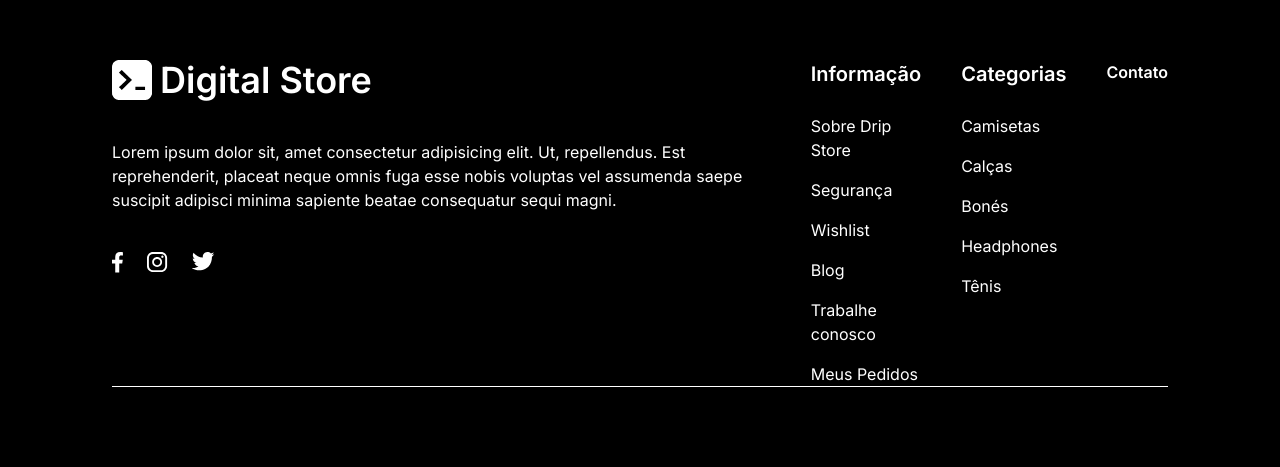
Repository: geracao-09/digital-store
Page: index.html
The author's editor kept a copy of each file at every save. The page is drawn from the files as they stood at one save, then again after a run of saves.
The browser window is 1280 px wide. The pictures show the part of the page from y = 3410 to 3877 px (the page is 3877 px tall).
A picture or video elsewhere on the page could not be fetched, so the positions and the page height are approximate.

Above is the page before, as saved 2025-04-25 08:57:34.

### index.html
<!DOCTYPE html>
<html lang="pt-br">
<head>
    <meta charset="UTF-8">
    <meta name="viewport" content="width=device-width, initial-scale=1.0">
    <title>Digital Store</title>
    <link href="./style.css" rel="stylesheet">
    <script src="https://cdn.jsdelivr.net/npm/@tailwindcss/browser@4"></script>
    <link rel="shortcut icon" href="/assets/digital-logo.svg" type="image/x-icon">
</head>
<body>
<header class="flex flex-col gap-12 px-[108px] py-[38px]">
    <div class="flex items-center justify-between">
        <div class="flex gap-1">
            <img src="/assets/digital-logo.svg" alt="Logo da Digital Store">
            <h1 class="text-4xl text-(--primary-color) font-semibold">Digital Store</h1>
        </div>
        <input type="text" placeholder="Pesquisar produto..." class="bg-(--light-gray-3) py-2 px-3 rounded-lg ml-40 mr-14 bg-[url(/assets/icons/search.svg)] bg-no-repeat bg-right focus:placeholder-transparent w-[560px]" />
        <div>
            <a href="#" class="bg-(--primary-color) text-white rounded-lg px-7 py-3 font-bold text-sm">
                Entrar
            </a>
        </div>
        <div class="relative">
            <img src="/assets/icons/cart.svg" alt="Imagem de um carrinho de compras">
            <div class="flex justify-center items-center absolute bg-(--tertiary-color) text-white font-bold text-xs rounded-full w-[18px] h-[18px] bottom-[15px] left-3">
                2
            </div>
        </div>
    </div>
    </div>
    <nav class="pl-32">
        <ul class="flex gap-6 text-(--dark-gray-2)">
            <li class="hover:text-(--primary-color) hover:font-bold">
                <a href="#">
                Home
            </a>
        </li>
            <li class="hover:text-(--primary-color) hover:font-bold">
                <a href="#">
                Produtos
            </a>
        </li>
            <li class="hover:text-(--primary-color) hover:font-bold">
                <a href="#">
                Categorias
            </a>
        </li>
            <li class="hover:text-(--primary-color) hover:font-bold">
                <a href="#">
                Meus Pedidos
            </a>
        </li>
        </ul>
    </nav>
</header>
<main>
    <section class="flex px-[108px] bg-(--light-gray-3) py-[78px] h-[680px] relative">
        <div class="flex flex-col gap-5 w-[466px]">
            <p class="text-(--warning-color) font-bold">
                Melhores ofertas personalizadas
            </p>
            <h2 class="font-extrabold text-6xl">
                Queima de estoque Nike 🔥
            </h2>
            <p class="text-(--dark-gray-2) text-lg">
                Consequat culpa exercitation mollit nisi excepteur do do tempor laboris eiusmod irure consectetur.
            </p>
            <a href="#" class="flex items-center justify-center bg-(--primary-color) text-(--light-gray-3) font-bold w-[220px] h-[48px] rounded-lg">
                Ver Ofertas
            </a>
        </div>
        <img src="/assets/pictures/white-sneakers.svg" alt="Foto de um tenis branco" class="absolute right-28 bottom-8"/>
        <img src="/assets/ornaments/ornament.svg" alt="Firula do site - by wendell" class="absolute top-12 right-8">
    </section>
    <section class="flex flex-col gap-15 px-[108px] py-[42px]">
        <div class="flex flex-col gap-10">
            <h4 class="text-(--dark-gray-2) font-bold text-2xl">
                Coleções em destaque
            </h4>
            <ul class="grid grid-cols-3 gap-3.5 h-68">
                <li  class="flex bg-[#D8E3F2] pl-8 pt-8 rounded-md relative bg-[url(/assets/pictures/star-wars-shirt-pic.svg)] bg-no-repeat bg-bottom-right">
                    <div class="w-1/2 z-10">
                    <p class="bg-[#E7FF86] rounded-4xl font-bold text-(--dark-gray-2) w-[96px] text-center py-1.5 text-sm">
                        30% OFF
                    </p>
                    <h5 class="font-bold text-(--dark-gray) text-4xl mt-2.5 mb-8">
                        Novo drop Supreme
                    </h5>
                    <a href="#" class="text-(--primary-color) bg-white rounded-xl font-bold px-12 py-4.5">
                        Comprar
                    </a>
                </div>
                </li>
                <li  class="flex bg-[#D8E3F2] pl-8 pt-8 rounded-md relative bg-[url(/assets/pictures/sneaks-pic.svg)] bg-no-repeat bg-bottom-right">
                    <div class="w-1/2 z-10">
                    <p class="bg-[#E7FF86] rounded-4xl font-bold text-(--dark-gray-2) w-[96px] text-center py-1.5 text-sm">
                        30% OFF
                    </p>
                    <h5 class="font-bold text-(--dark-gray) text-4xl mt-2.5 mb-8">
                        Coleção Adidas
                    </h5>
                    <a href="#" class="text-(--primary-color) bg-white rounded-xl font-bold px-12 py-4.5">
                        Comprar
                    </a>
                </div>
                </li>
                <li  class="flex bg-[#D8E3F2] pl-8 pt-8 rounded-md relative bg-[url(/assets/pictures/headphone-pic.svg)] bg-no-repeat bg-bottom-right">
                    <div class="w-1/2 z-10">
                    <p class="bg-[#E7FF86] rounded-4xl font-bold text-(--dark-gray-2) w-[96px] text-center py-1.5 text-sm">
                        30% OFF
                    </p>
                    <h5 class="font-bold text-(--dark-gray) text-4xl mt-2.5 mb-8">
                        Novo<br> Beats Bass
                    </h5>
                    <a href="#" class="text-(--primary-color) bg-white rounded-xl font-bold px-12 py-4.5">
                        Comprar
                    </a>
                </div>
                </li>
            </ul>
        </div>
        <div class="bg-[url(/assets/icons/house-border.svg)] bg-no-repeat bg-center object-contain flex flex-col items-center gap-5 pt-5.5 h-[318px]">
            <h1 class="font-bold text-2xl text-(--dark-gray-2)">
                Coleções em destaque
            </h1>
            <ul class="flex gap-8">
                <li><a href="#">
                    <div class="bg-[url(/assets/icons/t-shirt.svg)] w-[104px] h-[104px] bg-white bg-no-repeat bg-center rounded-full"></div>
                    <p class="font-bold text-sm text-(--dark-gray-2) text-center">Camisetas</p>
                </a></li>
                <li><a href="#">
                    <div class="bg-[url(/assets/icons/pants.svg)] w-[104px] h-[104px] bg-white bg-no-repeat bg-center rounded-full"></div>
                    <p class="font-bold text-sm text-(--dark-gray-2) text-center">Calças</p>
                </a></li>
                <li><a href="#">
                    <div class="bg-[url(/assets/icons/cap.svg)] w-[104px] h-[104px] bg-white bg-no-repeat bg-center rounded-full"></div>
                    <p class="font-bold text-sm text-(--dark-gray-2) text-center">Bonés</p>
                </a></li>
                <li><a href="#">
                    <div class="bg-[url(/assets/icons/headphones.svg)] w-[104px] h-[104px] bg-white bg-no-repeat bg-center rounded-full"></div>
                    <p class="font-bold text-sm text-(--dark-gray-2) text-center">Headphones</p>
                </a></li>
                <li><a href="#">
                    <div class="bg-[url(/assets/icons/sneakers.svg)] w-[104px] h-[104px] bg-white bg-no-repeat bg-center rounded-full"></div>
                    <p class="font-bold text-sm text-(--dark-gray-2) text-center">Tênis</p>
                </a></li>
            </ul>
        </div>
    </section>
    <section class="px-[108px]">
        <div class="flex justify-between mb-5">
            <h4 class="text-(--dark-gray-2) font-bold text-2xl">
                Produtos em  alta
            </h4>
            <div class="flex gap-2 items-center">
                <a href="#" class="text-(--primary-color) text-[18px]">
                    Ver todos
                </a>
                <img src="/assets/ornaments/arrow-right.svg" alt="Flecha apontando pra direita" class="w-[24px]">
            </div>
        </div>
        <ul class="grid grid-cols-4">
            <li class="mb-5">
            <div class="bg-[url(/assets/pictures/sneaks-pic2.svg)] w-[292px] h-[320px] bg-white bg-no-repeat bg-center relative">
                <div class="flex justify-center items-center bg-[#E7FF86] font-bold text-sm h-[32px] w-[96px] rounded-4xl absolute left-5 top-5">50% off</div>
            </div>
                <div>
                    <p class="text-xs text-(--light-gray) font-bold">
                        Tênis
                    </p>
                    <h5 class="text-2xl text-(--dark-gray-2)">
                        K-Swiss V8 - Masculino
                    </h5>
                    <div class="flex gap-2">
                    <h5 class="text-(--light-gray) line-through text-2xl">
                        $200
                    </h5>
                    <h5 class="font-bold text-2xl">
                        $100
                    </h5>
                </div>
            </div>
            </li>
            <li class="mb-5">
            <div class="bg-[url(/assets/pictures/sneaks-pic2.svg)] w-[292px] h-[320px] bg-white bg-no-repeat bg-center relative">
                <div class="flex justify-center items-center bg-[#E7FF86] font-bold text-sm h-[32px] w-[96px] rounded-4xl absolute left-5 top-5">50% off</div>
            </div>
                <div>
                    <p class="text-xs text-(--light-gray) font-bold">
                        Tênis
                    </p>
                    <h5 class="text-2xl text-(--dark-gray-2)">
                        K-Swiss V8 - Masculino
                    </h5>
                    <div class="flex gap-2">
                    <h5 class="text-(--light-gray) line-through text-2xl">
                        $200
                    </h5>
                    <h5 class="font-bold text-2xl">
                        $100
                    </h5>
                </div>
            </div>
            </li>
            <li class="mb-5">
            <div class="bg-[url(/assets/pictures/sneaks-pic2.svg)] w-[292px] h-[320px] bg-white bg-no-repeat bg-center relative">
            </div>
                <div>
                    <p class="text-xs text-(--light-gray) font-bold">
                        Tênis
                    </p>
                    <h5 class="text-2xl text-(--dark-gray-2)">
                        K-Swiss V8 - Masculino
                    </h5>
                    <h5 class="font-bold text-2xl">
                        $100
                    </h5>
            </div>
            </li>
            <li class="mb-5">
            <div class="bg-[url(/assets/pictures/sneaks-pic2.svg)] w-[292px] h-[320px] bg-white bg-no-repeat bg-center relative">
            </div>
                <div>
                    <p class="text-xs text-(--light-gray) font-bold">
                        Tênis
                    </p>
                    <h5 class="text-2xl text-(--dark-gray-2)">
                        K-Swiss V8 - Masculino
                    </h5>
                    <h5 class="font-bold text-2xl">
                        $100
                    </h5>
            </div>
            </li>
            <li class="mb-5">
            <div class="bg-[url(/assets/pictures/sneaks-pic2.svg)] w-[292px] h-[320px] bg-white bg-no-repeat bg-center relative">
            </div>
                <div>
                    <p class="text-xs text-(--light-gray) font-bold">
                        Tênis
                    </p>
                    <h5 class="text-2xl text-(--dark-gray-2)">
                        K-Swiss V8 - Masculino
                    </h5>
                    <h5 class="font-bold text-2xl">
                        $100
                    </h5>
            </div>
            </li>
            <li class="mb-5">
            <div class="bg-[url(/assets/pictures/sneaks-pic2.svg)] w-[292px] h-[320px] bg-white bg-no-repeat bg-center relative">
            </div>
                <div>
                    <p class="text-xs text-(--light-gray) font-bold">
                        Tênis
                    </p>
                    <h5 class="text-2xl text-(--dark-gray-2)">
                        K-Swiss V8 - Masculino
                    </h5>
                    <h5 class="font-bold text-2xl">
                        $100
                    </h5>
            </div>
            </li>
            <li class="mb-5">
            <div class="bg-[url(/assets/pictures/sneaks-pic2.svg)] w-[292px] h-[320px] bg-white bg-no-repeat bg-center relative">
            </div>
                <div>
                    <p class="text-xs text-(--light-gray) font-bold">
                        Tênis
                    </p>
                    <h5 class="text-2xl text-(--dark-gray-2)">
                        K-Swiss V8 - Masculino
                    </h5>
                    <h5 class="font-bold text-2xl">
                        $100
                    </h5>
            </div>
            </li>
            <li class="mb-5">
            <div class="bg-[url(/assets/pictures/sneaks-pic2.svg)] w-[292px] h-[320px] bg-white bg-no-repeat bg-center relative">
            </div>
                <div>
                    <p class="text-xs text-(--light-gray) font-bold">
                        Tênis
                    </p>
                    <h5 class="text-2xl text-(--dark-gray-2)">
                        K-Swiss V8 - Masculino
                    </h5>
                    <h5 class="font-bold text-2xl">
                        $100
                    </h5>
            </div>
            </li>

        </ul>
    </section>
    <section class="flex justify-center items-center bg-white py-20 px-18 gap-28">
        <div>
            <div class="w-[456px] h-[456px] bg-linear-(--secondary-gradient) rounded-full  relative">
                <img src="/assets/pictures/ei-jordao.svg" alt="" class="w-[574px] absolute top-[12%] right-[12%] scale-135">
            </div>
        </div>
        <div class="flex flex-col gap-4 w-[40%]">
            <p class="text-sm text-(--primary-color) font-bold">
                Oferta especial
            </p>
            <h2 class="font-bold text-(--dark-gray-2) text-5xl">
                Air Jordan edição de colecionador
            </h2>
            <p class="text-(--dark-gray-2)">
                Lorem ipsum dolor sit amet, consectetur adipiscing elit, sed do eiusmod tempor incididunt ut labore et dolore magna aliqua. Ut enim ad minim veniam, quis nostrud exercitation ullamco laboris nisi ut aliquip
            </p>
            <a href="#" class="flex items-center justify-center bg-(--primary-color) text-(--light-gray-3) font-bold w-[220px] h-[48px] rounded-lg mt-6">
                Ver Ofertas
            </a>
        </div>
    </section>
</main>
<footer class="bg-black text-white py-20 px-28">
    <div class="flex gap-10">
        <div  class="flex flex-col gap-10 mr-6">
            <div class="flex gap-2">
                <img src="/assets/white-logo.svg" alt="Logo da Digital em branco">
                <h4 class="font-semibold text-4xl">Digital Store</h4>
            </div>
        <div>
            <p>Lorem ipsum dolor sit, amet consectetur adipisicing elit. Ut, repellendus. Est reprehenderit, placeat neque omnis fuga esse nobis voluptas vel assumenda saepe suscipit adipisci minima sapiente beatae consequatur sequi magni.</p>
        </div>
        <div>
            <ul class="flex gap-6">
                <li><img src="/assets/icons/facebook.svg" alt="logo da facebook"></li>
                <li><img src="/assets/icons/instagram.svg" alt="logo do instagram"></li>
                <li><img src="/assets/icons/twitter.svg" alt="logo da twitter, vulgo, X"></li>
            </ul>
        </div>
    </div>
        <div class="flex gap-10">
            <ul class="flex flex-col gap-4 list-none">
                <li class="font-semibold text-xl mb-2.5">Informação</li>
                <li><a href="#">
                    Sobre Drip Store
                </a></li>
                <li><a href="#">
                    Segurança
                </a></li>
                <li><a href="#">
                    Wishlist
                </a></li>
                <li><a href="#">
                    Blog
                </a></li>
                <li><a href="#">
                    Trabalhe conosco
                </a></li>
                <li><a href="#">
                    Meus Pedidos
                </a></li>
            </ul>
            <ul class="flex flex-col gap-4 list-none">
                <li class="font-semibold text-xl mb-2.5">Categorias</li>
                <li><a href="#">
                    Camisetas
                </a></li>
                <li><a href="#">
                    Calças
                </a></li>
                <li><a href="#">
                    Bonés
                </a></li>
                <li><a href="#">
                    Headphones
                </a></li>
                <li><a href="#">
                    Tênis
                </a></li>
            </ul>
        </div>
        <div>
            <h6 class="font-semibold ">Contato</h6>
            <p></p>
            <p></p>
        </div>
    </div>
    <hr>
    <div>

    </div>
</footer>
</body>
</html>

### style.css
@import url('https://fonts.googleapis.com/css2?family=Inter:ital,opsz,wght@0,14..32,100..900;1,14..32,100..900&display=swap');

:root {
    --dark-gray: #1F1F1F;
    --dark-gray-2: #474747;
    --dark-gray-3: #666666;
    --light-gray: #8F8F8F;
    --light-gray-2: #CCCCCC;
    --light-gray-3: #F5F5F5;
    --white: #FFFFFF;
    --primary-color: #C92071;
    --secondary-color: #B5B6F2;
    --tertiary-color: #991956;
    --error-color: #EE4266;
    --success-color: #52CA76;
    --warning-color: #F6AA1C;
    --primary-gradient: 180deg,#C92071, #EDABCA;
    --secondary-gradient: 180deg, #B5B6F2, #EFEFFF;
}

* {
    font-family: "Inter", sans-serif;
    box-sizing: border-box;
}

main {
    background-color: #F9F8FE;
}

### assets/icons/instagram.svg
<svg width="21" height="21" viewBox="0 0 21 21" fill="none" xmlns="http://www.w3.org/2000/svg">
<path d="M15.3772 3.59082C15.0646 3.59082 14.7647 3.71504 14.5436 3.93614C14.3225 4.15725 14.1982 4.45713 14.1982 4.76982C14.1981 4.92473 14.2285 5.07815 14.2877 5.22131C14.3469 5.36447 14.4337 5.49456 14.5432 5.60415C14.6527 5.71373 14.7827 5.80066 14.9258 5.85998C15.0689 5.91929 15.2223 5.94982 15.3772 5.94982C15.6899 5.94982 15.9898 5.82561 16.2109 5.6045C16.432 5.38339 16.5562 5.08351 16.5562 4.77082C16.5564 4.61591 16.526 4.46249 16.4668 4.31933C16.4076 4.17617 16.3208 4.04608 16.2113 3.93649C16.1018 3.82691 15.9718 3.73997 15.8287 3.68066C15.6856 3.62135 15.5322 3.59082 15.3772 3.59082Z" fill="white"/>
<path d="M10.1361 5.10303C8.82331 5.10435 7.56467 5.62637 6.63631 6.55454C5.70794 7.48272 5.18567 8.74126 5.18408 10.054C5.18567 11.3669 5.70791 12.6255 6.63625 13.5539C7.56458 14.4822 8.82322 15.0044 10.1361 15.006C11.449 15.0044 12.7076 14.4822 13.6359 13.5539C14.5643 12.6255 15.0865 11.3669 15.0881 10.054C15.0865 8.74126 14.5642 7.48272 13.6359 6.55454C12.7075 5.62637 11.4489 5.10435 10.1361 5.10303ZM10.1361 13.226C9.29489 13.2252 8.48838 12.8906 7.89366 12.2957C7.29894 11.7008 6.96461 10.8942 6.96408 10.053C6.96488 9.21201 7.29933 8.40566 7.89402 7.81096C8.48871 7.21627 9.29506 6.88182 10.1361 6.88103C10.9771 6.88182 11.7835 7.21627 12.3782 7.81096C12.9728 8.40566 13.3073 9.21201 13.3081 10.053C13.3076 10.8942 12.9732 11.7008 12.3785 12.2957C11.7838 12.8906 10.9773 13.2252 10.1361 13.226Z" fill="white"/>
<path d="M14.0681 20.108H6.03607C4.43499 20.1061 2.90003 19.4693 1.7679 18.3371C0.635768 17.205 -0.00107705 15.67 -0.00292969 14.069V6.04098C-0.00134169 4.43973 0.635388 2.90451 1.76755 1.77216C2.89971 0.639813 4.43482 0.00282968 6.03607 0.000976562H14.0641C15.6651 0.0028292 17.2001 0.639674 18.3322 1.7718C19.4644 2.90394 20.1012 4.4389 20.1031 6.03998V14.068C20.1015 15.6685 19.4653 17.2031 18.334 18.3354C17.2027 19.4676 15.6686 20.1051 14.0681 20.108ZM6.03607 1.89297C4.93662 1.8943 3.88259 2.33164 3.10516 3.10907C2.32773 3.88649 1.8904 4.94053 1.88907 6.03998V14.068C1.88881 15.1685 2.32544 16.224 3.10304 17.0028C3.88064 17.7815 4.93558 18.2197 6.03607 18.221H14.0641C15.1638 18.2199 16.2182 17.7827 16.996 17.0053C17.7738 16.2279 18.2115 15.1737 18.2131 14.074V6.04597C18.2115 4.94626 17.7738 3.89208 16.996 3.11465C16.2182 2.33722 15.1638 1.90003 14.0641 1.89898L6.03607 1.89297Z" fill="white"/>
</svg>

### assets/icons/pants.svg
<svg width="64" height="64" viewBox="0 0 64 64" fill="none" xmlns="http://www.w3.org/2000/svg">
<path d="M20.3125 0.149998C19.7875 0.450001 19.7625 0.612499 19.75 2.9125V5.125L13.3625 32.25C9.41247 49.075 6.99997 59.55 7.02497 59.8375C7.04997 60.15 7.16247 60.3625 7.37497 60.525C7.69997 60.7625 18.2875 64 18.7375 64C18.875 64 19.125 63.875 19.3 63.7125C19.525 63.525 21.775 58.3875 27.075 46C31.1875 36.4125 34.575 28.525 34.6125 28.475C34.6875 28.3875 39.375 39.175 39.375 39.4125C39.375 39.4625 38.225 39.5 36.8125 39.5C34.25 39.5 34.2375 39.5 33.9375 39.8125L33.625 40.1125V45.3V50.4875L33.9125 50.8125C34.1625 51.1 34.625 51.2125 39.7875 52.25C43.6875 53.025 45.4625 53.3375 45.6625 53.2625C45.8125 53.2 48.3875 50.95 51.375 48.2625C55.8 44.2875 56.8375 43.2875 56.975 42.9125C57.1 42.5625 57.125 41.8375 57.1 40.25L57.05 38.0625L53.375 21.9375L49.7 5.8125L49.6375 3.2125L49.5625 0.599998L49.2125 0.299999L48.8625 0H34.7125C24.3 0.0125008 20.5 0.0499992 20.3125 0.149998ZM26.125 3.1875V4.25H24H21.875V3.1875V2.125H24H26.125V3.1875ZM31.5 3.1875V4.25H29.875H28.25V3.1875V2.125H29.875H31.5V3.1875ZM35.75 3.1875V4.25H34.6875H33.625V3.1875V2.125H34.6875H35.75V3.1875ZM41.1 3.2125L41.1375 4.25H39.5H37.875V3.1875V2.1125L39.475 2.15L41.0625 2.1875L41.1 3.2125ZM47.5 3.1875V4.25H45.375H43.25V3.1875V2.125H45.375H47.5V3.1875ZM26.125 7.775C26.125 9.4375 25.875 10.1375 25.025 10.9C24.3125 11.5375 23.5125 11.75 21.7875 11.75C20.4875 11.75 20.3625 11.725 20.425 11.525C20.5 11.3 21.625 6.5 21.625 6.425C21.625 6.4 22.6375 6.375 23.875 6.375H26.125V7.775ZM33.625 15.8375V25.3125L25.8625 43.4375C21.5875 53.4 18.0875 61.575 18.075 61.5875C18.0375 61.6375 9.59997 59.125 9.42497 59.0125C9.32497 58.9625 10.9625 51.8 14.575 36.4375C17.4875 24.0625 19.875 13.925 19.875 13.9C19.875 13.8875 20.625 13.875 21.55 13.875C24.225 13.875 25.3125 13.55 26.575 12.35C27.8 11.1875 28.25 9.95 28.25 7.6875V6.375H30.9375H33.625V15.8375ZM37.875 14.6625V22.95L37.225 23.4375C36.8625 23.7 36.375 24.05 36.1625 24.225L35.75 24.525V15.45V6.375H36.8125H37.875V14.6625ZM41.1375 8.125C41.225 10.0625 41.325 10.4625 42 11.4625C42.5625 12.3125 43.2375 12.9 44.1625 13.325C45.1 13.75 45.925 13.875 47.7625 13.875C49.325 13.875 49.375 13.8875 49.4375 14.15C50.875 20.25 54.875 38.425 54.875 38.875V39.5H48.325H41.775L39.075 33.2C37.5875 29.7375 36.375 26.85 36.375 26.7875C36.3875 26.7375 37.1125 26.15 37.9875 25.5C38.875 24.85 39.6875 24.1625 39.8 23.975C39.975 23.6875 40 22.6875 40 15V6.3625L40.5375 6.4L41.0625 6.4375L41.1375 8.125ZM48.275 9C48.6 10.4125 48.8625 11.6125 48.8625 11.675C48.875 11.725 48.125 11.7625 47.225 11.725C45.675 11.6875 45.5125 11.65 44.9 11.325C43.625 10.625 43.25 9.825 43.25 7.8125V6.375L45.4625 6.4L47.6875 6.4375L48.275 9ZM54.875 41.9375C54.875 42.1875 53.9125 43.1125 49.95 46.6875L45.025 51.125L40.6625 50.25C38.275 49.775 36.1875 49.35 36.0375 49.3125L35.75 49.25V45.4375V41.625H45.3125H54.875V41.9375Z" fill="#8F8F8F"/>
</svg>

Loaded but not shown: assets/icons/headphones.svg (8 lines, source omitted)

After the next 2 saves:
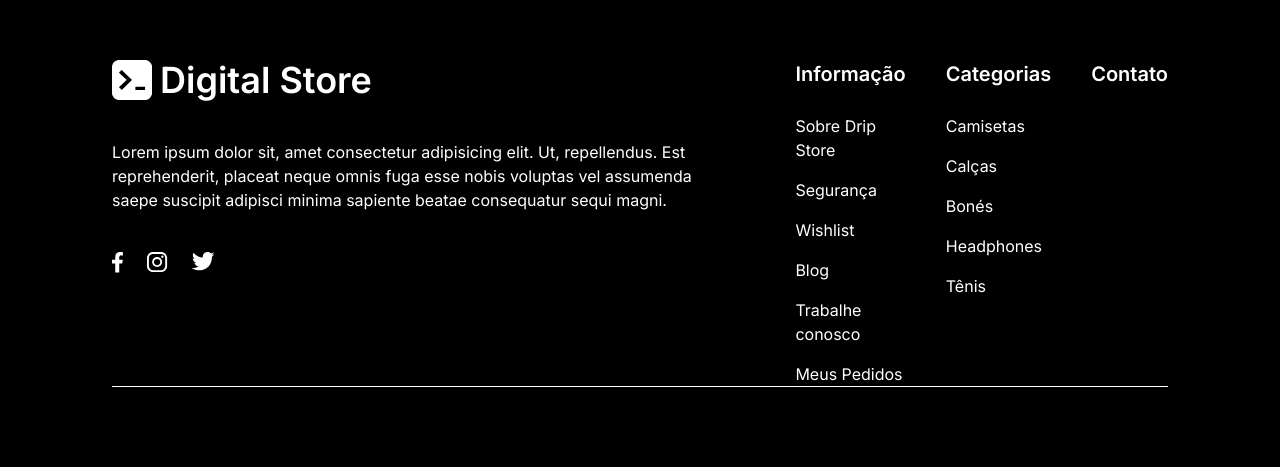
The 2 saves are shown as one change because they came seconds apart.
The last was saved 8 s later.
--- a/index.html
+++ b/index.html
@@ -378,7 +378,7 @@
             </ul>
         </div>
         <div>
-            <h6 class="font-semibold ">Contato</h6>
+            <h6 class="font-semibold text-xl">Contato</h6>
             <p></p>
             <p></p>
         </div>
